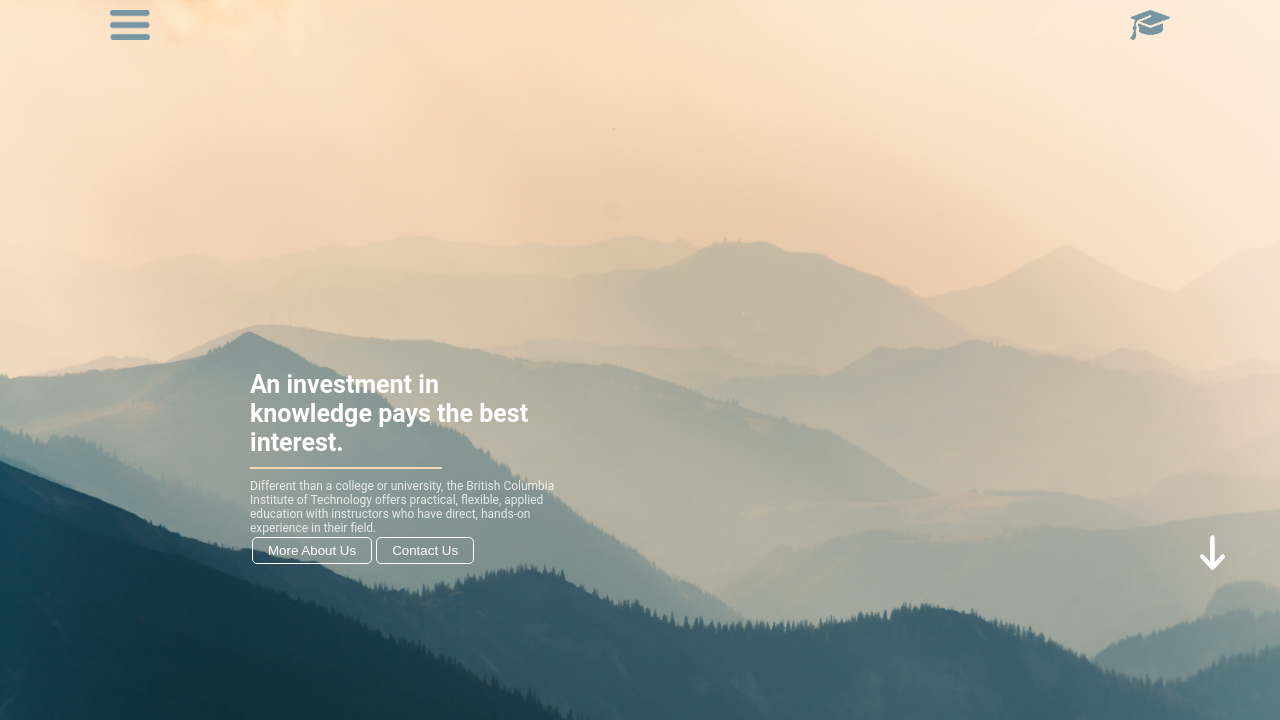
Repository: Sheraliramzan/Aly_A01253508_Assignment1
Page: /
These files come from the project's save history. The page is drawn as it stood at one moment and after the next save; the edit follows.
The browser window is 1280 px wide. The pictures show the whole page.
The project was rebuilt for these pictures with package versions that can differ from the ones it lists, and the page was loaded fresh each time. The framework's server and built-in components were replaced by stand-ins that run in the browser. Also part of the build but not shown: next.config.js.

Above is the page before, as saved 2023-02-05 14:52:06.

### pages/index.js
import Head from 'next/head'
import Image from 'next/image'
import styles from '../styles/Home.module.css'
import { useState } from 'react'
import { useRouter } from 'next/router'
import Link from 'next/link'
import dynamic from "next/dynamic";
import Nav from '../comp/nav/nav';


const Home = () => {

  return (
    <>
      <Head>
        <title>Home</title>
        <meta name="author" content="MDIA 2109" />
        <meta property="og:title" content= "Assignment #1 - Home Page"/>
        <meta property="og:description" content= "BCIT Digital Design and Development Diploma"/>
        <meta name="viewport" content="width=device-width, initial-scale=1" />
        <link rel="icon" href="/favicon.png" />
      </Head>
      <main className={styles.main}>
        <div className='fullcont'>
          <Nav/>
          <div className="headcont">
            <h1 className="headhome">An investment in <br/>knowledge pays the best <br/> interest.</h1>
            <div className="horidiv"></div>
            <p className="para1">Different than a college or university, the British Columbia <br/> Institute of Technology offers practical, flexible, applied education with instructors who have direct, hands-on experience in their field.</p>
          </div>
          <a className='butcont'>
            <Link href="/about"><button  className='but1'>More About Us</button></Link>
            <Link href="/contact"><button className='but1'>Contact Us</button></Link>
          </a>
          <a  href="/about">
            <span>
             <Image alt='down' className='downarrow' src ={"/downwardArrow.png"} width={25} height={35}></Image>
            </span>
          </a>
        </div>
      </main>
    </>
  )
}

export default dynamic (() => Promise.resolve(Home), {ssr: false})

### styles/globals.css


* {
  box-sizing: border-box;
  padding: 0;
  margin: 0;
}

html,
body {
  margin: 0;
  padding: 0;
  font-family: "Roboto", sans-serif;
  scrollbar-width: none;

}
.menuimg{
  margin-left: 100px;
}
.gardimg{
  margin-right: 100px;
}
.navcont {
  display: flex;
  align-items: center;
  justify-content: space-between;
  padding: 10px;
}
.menucont{
  position: absolute;
  top: 0rem;
  left: 4rem;
}
a{
  color: var(--primary-color);
  text-decoration: none;
}

ul {
  display: flex;
  flex-direction: column;
  position: absolute;
  top: 10px;
  left: 50px;
  gap: 2rem;
  text-decoration: none;
}

ul > li {
  list-style-type: none;
  text-decoration: none;
  color: var(--primary-color);
}
.listcont{
  position: absolute;
  display: flex;
  align-items: flex-start;
  left: 3rem;
  top: 3rem;
}

.btncont {
  display: flex;
}

.close {
  background-color: transparent;
  border: none;
  font-size: larger;
  color: var(--primary-color);
}

.fullcont{
  width: 100vw;
  height: 100vh;
  background-image: url("/background-images/backgroundMountain.jpg");
  background-size: cover;
}
.but1{
  margin: 2px;
  padding: 5px 15px;
  background: none;
  border: 1px solid var(--primary-color);
  border-radius: 5px;
  color:var(--primary-color) ;
}
.butcont{
 margin-left: 250px;
}

.but1:hover{
  background-color: var( --primary-color);
  color: var(--quinary-color);
}
.downarrow{
  position: fixed;
  left:1200px;
}
.uparrow{
  position: fixed;

}
.headcont{
  display: flex;
  flex-direction: column;
  width: 25%;
  margin-top: 320px;
  margin-left: 250px;
}
.headhome{
  color: var(--primary-color);
  font-size: 25px;
  margin-bottom: 10px;
}
.horidiv{
  width: 60%;
  border: 1px solid var(--secondary-color);
  margin-bottom: 10px;
}
.para1{
  color: var(--primary-color);
  font-size:12px;
  width: 100%;
  opacity: 0.8;
}
.aboutcont{
  width: 100%;
  background-color: var( --quaternary-color);
  justify-content: center;
  overflow: hidden;
  height: 1410px;
  overflow: hidden;
  scroll-behavior: smooth;
}
.hori{
  border-left: 300px solid var(--secondary-color);
  width: 100px;
  height: 1px;
  margin-right: 100px;
}
.hori1{
  border-left: 300px solid var(--secondary-color);
  width: 100px;
  height: 1px;
  margin-left: 100px;
}
.headcont1{
  text-align: center;
  margin-top: 40px;
  display: flex;
  justify-content: center;
  align-items: center;
}
.header{
  color: var(--primary-color);
}
.paracont{
  display: flex;
  flex-direction: column;
  color: var(--ternary-color);
  justify-content: center;
  align-items: center;
  margin-top: 100px;

}
.para2{
  margin-top: 20px;
  margin-bottom: 20px;
}
.header2{
  display: flex;
  flex-direction: column;
  align-items: center;
  margin-right: 390px;
  margin-top: 20px;
  margin-bottom: 20px;
  color: var(--primary-color);
}
.header3{
  display: flex;
  flex-direction: column;
  align-items: center;
  margin-right: 560px;
  margin-top: 20px;
  margin-bottom: 20px;
  color: var(--primary-color);
}
.header4{
  display: flex;
  flex-direction: column;
  align-items: center;
  margin-right: 480px;
  margin-top: 20px;
  margin-bottom: 20px;
  color: var(--primary-color);
}
.para3{
  color: var(--ternary-color);
  display: flex;
  align-items: center;
  justify-content: center;
  margin-bottom: 20px;
  margin-left: 40px;
}
.para4{
  color: var(--ternary-color);
  display: flex;
  align-items: center;
  justify-content: center;
  margin-bottom: 20px;
  margin-left: 60px;
}
#carouselImage{
  height: 200px;
  background-repeat: no-repeat;
  background-size: cover;
  display: flex;
  justify-content: center;
  align-items: center;
  margin: 40px 0px;
}
#testOnImageHere{
  background-color: rgba(16, 46, 53, 0.5);
  padding: 10px;
  margin: 0px 50px;
}
.full {
  display: flex;
  flex-direction: column;
  justify-content: center;
}
.btncont {
  display: flex;
  align-items: center;
  justify-content: center;
  width: 100%;
  position: absolute;
}
.flexbox {
  display: flex;
}
.imgcontain {
  display: flex;
  color: var(--primary-color);
  background-repeat: no-repeat;
}
.imagecar {
  display: flex;
  align-items: center;
  justify-content: center;
  width: 100%;
}
.imgmain {
  background-size: cover;
  background-repeat: no-repeat;
}
.DepList{
  display: flex;
  flex-direction: column;
  justify-content: center;
  position: relative;
  left: 560px;
  top:50px;
}
@media (max-width:820px){
  .fullcont{
    width: 100%;
    height: 100vh;
    overflow: hidden;
  }
  .headcont{
    width: 80%;
    margin-left: 70px;
    margin-top:400px ;
  }
  .horidiv{
    width: 40%;
  }
  .butcont{
   margin-left: 70px;
  }
  .navcont{
    margin-top: 100px;
  }
  .downarrow{
    position: fixed;
    left:750px;
    top:950px;
  }
  .uparrow{
    position: fixed;
    left:750px;
    top:890px;
  }
  .DepList{
    position: relative;
    left:330px;
  }
  .aboutcont{
    overflow: hidden;
    height: 1570px;
  }
}
@media (max-width:414px){
  .navcont{
    margin-top: 20px;
  }
  .menuimg{
    margin-left: 20px;
  }
  .gardimg{
    margin-right: 20px;
  }
  .headcont{
    margin-top: 230px;
    width: 100%;
    margin-left: 10px;
  }
  .butcont{
    margin-left: 10px;
    margin-top: 100px;
  }
  .downarrow{
    position: fixed;
    left: 350px;
    top:700px;
  }
  .uparrow{
    position: fixed;
    left: 350px;
    top:650px;
  }
}

### styles/variables.css
:root{
    --primary-color:#fff;
    --secondary-color:#f4d6b9;
    --ternary-color: #7796a4;
    --quaternary-color:#14343d;
    --quinary-color:rgba(16,46,53,0.5);
}

### styles/Home.module.css
.main {
  display: flex;
  flex-direction: column;
  justify-content: space-between;
  align-items: center;
}

### comp/nav/nav.js
import Head from 'next/head'
import Image from 'next/image'
import { useState } from 'react'
import { useRouter } from 'next/router'
import Link from 'next/link'

export default function Nav(){
    const [isMenuOpen, setIsMenuOpen] = useState(false);
  const handleClick = () => {
    setIsMenuOpen(!isMenuOpen);
  };
  const router = useRouter();
    return (
    <>
        <div className="navcont">
              <Image alt='menu' className='menuimg'
                src={"/icons/menu-icon.png"}
                width={40}
                height={30}
                onClick={handleClick}
              />
              <Image alt='grad' className='gardimg' src={"/icons/graduation-hat.png"} width={40} height={30} />
          </div>
          {isMenuOpen && (
            <div className="menucont">
              <div className="listcont">
                <div className="btncont">
                  <button className="close" onClick={handleClick}>
                    X
                  </button>
                </div>
                <div>
                  <ul>
                    <li>
                      <a href="/">Home</a>
                    </li>
                    <li>
                      <a href="/about">About</a>
                    </li>
                    <li>
                      <a href="/contact">Contact</a>
                    </li>
                  </ul>
                </div>
              </div>
              <Image alt='bar'
                src={"/background-images/menuBackground.png"}
                width={240}
                height={240}
              />
            </div>
          )}
    </>
    )
}

Loaded but not shown: pages/_app.js (common file); pages/_document.js (common file)

After the next save:
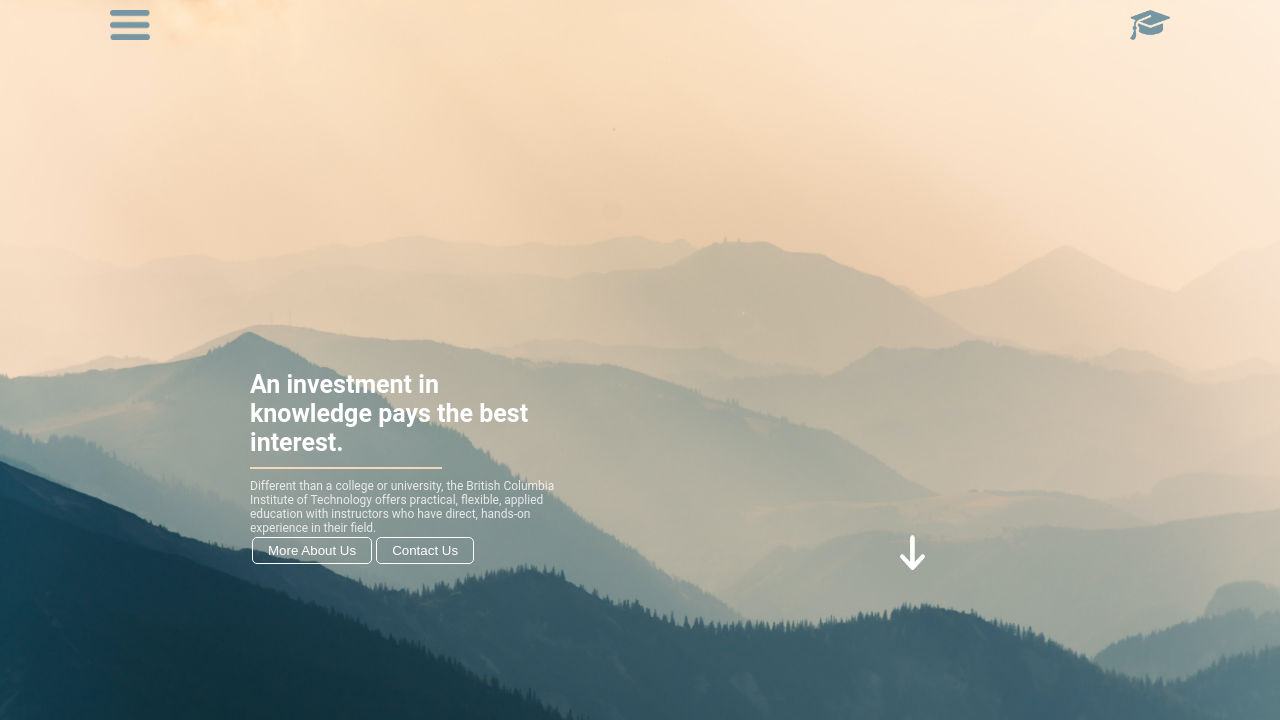
Saved 5 s later.
--- a/styles/globals.css
+++ b/styles/globals.css
@@ -94,7 +94,7 @@ ul > li {
 }
 .downarrow{
   position: fixed;
-  left:1200px;
+  left:900px;
 }
 .uparrow{
   position: fixed;
